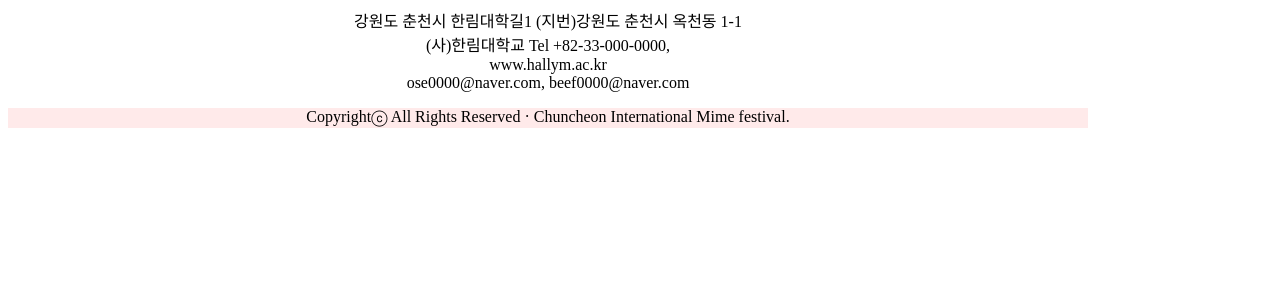
Repository: seeunOh/Webproject2018_StrongHealth
Page: StrongHealth/WebContent/Footer.html
The author's editor kept a copy of each file at every save. The page is drawn from the files as they stood at one save, then again after the next save.
The browser window is 1280 px wide. The pictures show the whole page.

Above is the page before, as saved 2018-12-22 09:34:04.

After the next save:
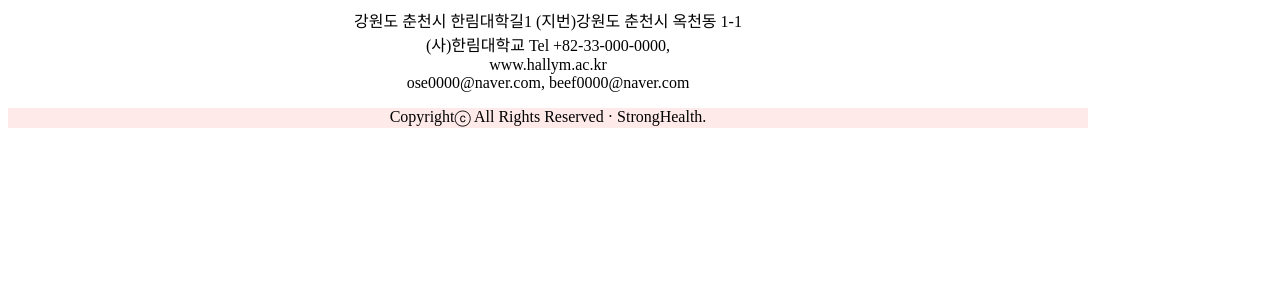
Saved 54 s later.
--- a/StrongHealth/WebContent/Footer.html
+++ b/StrongHealth/WebContent/Footer.html
@@ -45,7 +45,7 @@
 </div>
 
 <div id="bottom">
-<h7>Copyrightⓒ All Rights Reserved · Chuncheon International Mime festival.</h7>
+<h7>Copyrightⓒ All Rights Reserved · StrongHealth.</h7>
 </div>
 
 
